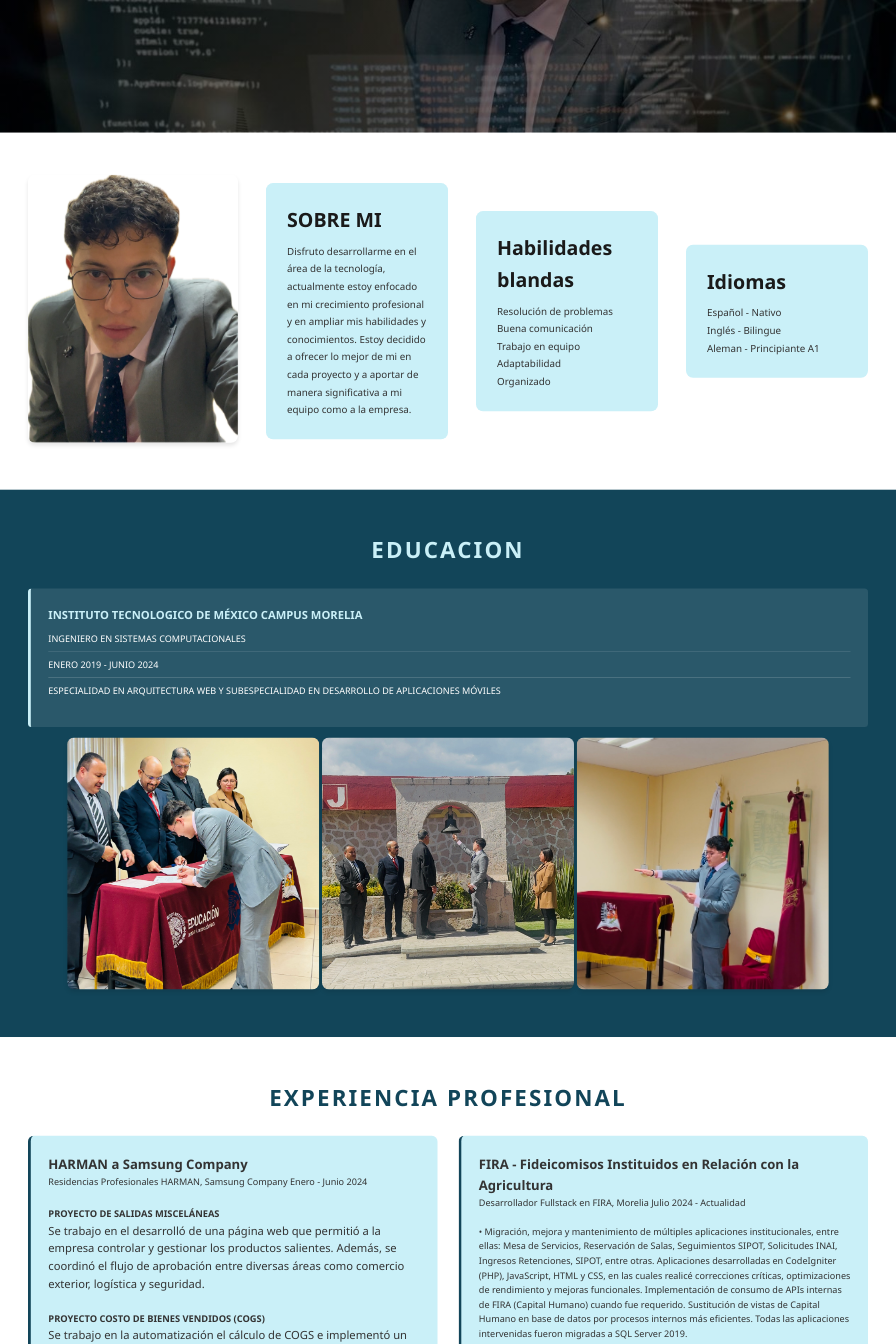
Repository: rafaelsilva2k/mi-portafolio
Page: index.html
These files come from the project's save history. The page is drawn as it stood at one moment and after the next save; the edit follows.
The browser window is 1280 px wide. The pictures show the part of the page from y = 411 to 2331 px (the page is 3313 px tall before and 3390 px after), at 70% of full size.

Above is the page before, as saved 2026-04-17 13:01:47.

After the next save:
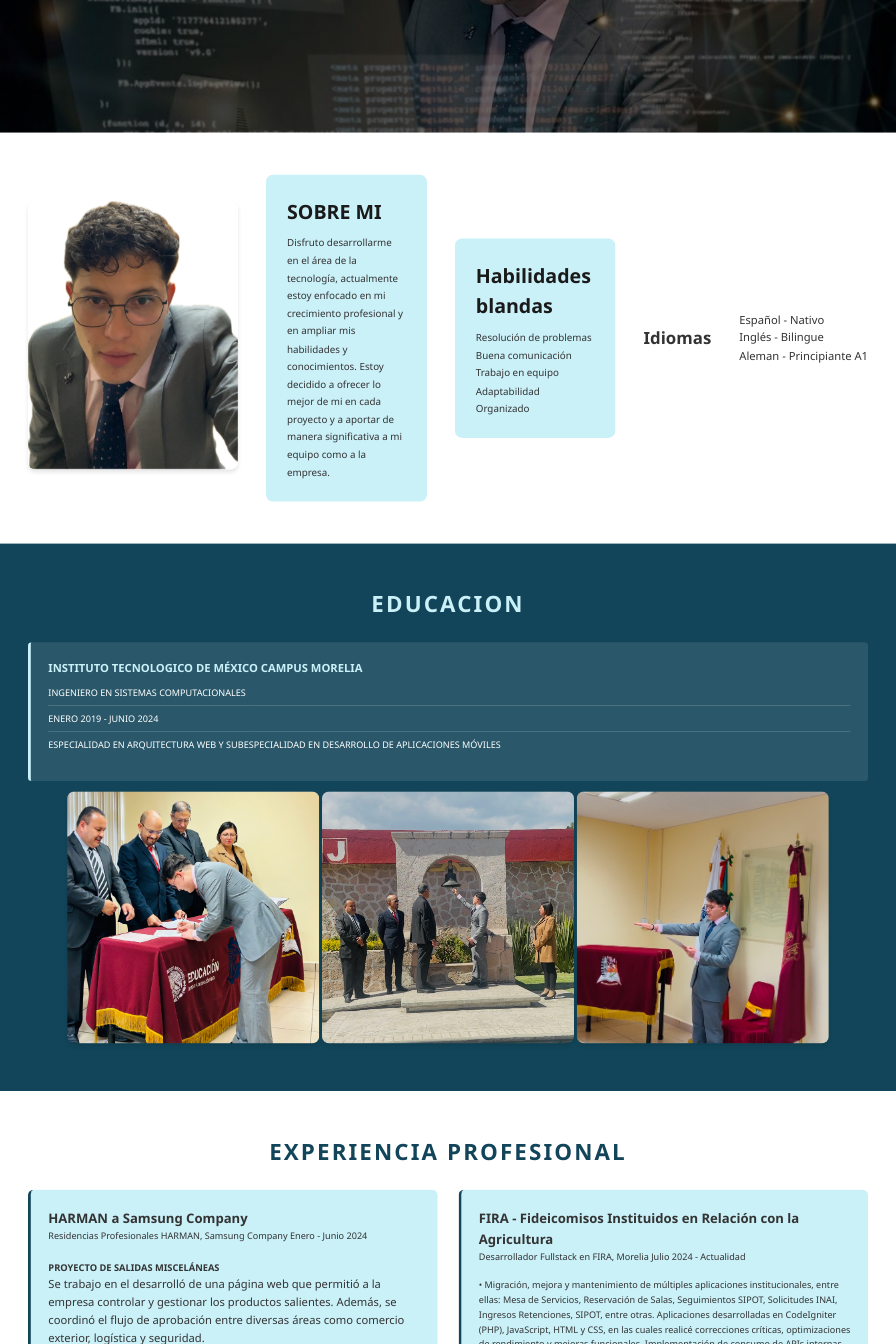
Saved 4 s later.
--- a/index.html
+++ b/index.html
@@ -48,7 +48,6 @@
                 <h2>Habilidades blandas</h2>
                 <p> Resolución de problemas <br> Buena comunicación <br> Trabajo en equipo  <br> Adaptabilidad <br> Organizado</p>
             </div>
-            <div class="sobre-mi-texto">
                 <h2>Idiomas</h2>
                 <p>Español - Nativo <br> Inglés - Bilingue <br> Aleman - Principiante A1</p>
         </div>
